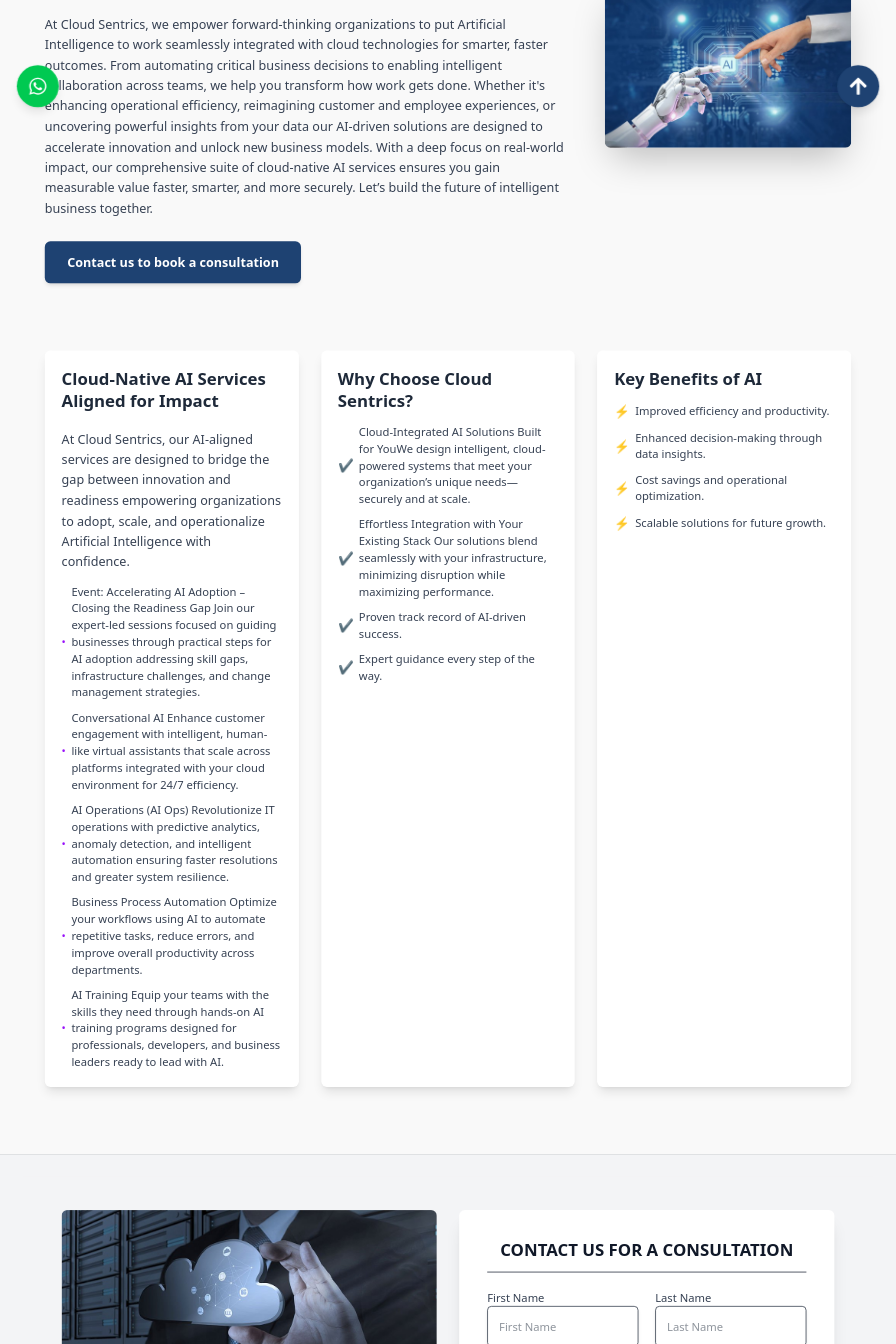
Repository: chykesure/cloudsentrics_
Page: /ai
The author's editor kept a copy of each file at every save. The page is drawn from the files as they stood at one save, then again after a run of saves.
The browser window is 1280 px wide. The pictures show the part of the page from y = 534 to 2454 px (the page is 4520 px tall), at 70% of full size.
The page's requests for data from a server got no answer. The project was rebuilt for these pictures with package versions that can differ from the ones it lists, and the page was loaded fresh each time. No one was signed in, and anything a server would have sent is missing. Also part of the build but not shown: vite.config.js, src/pages/Header.jsx, src/pages/Footer.jsx, src/pages/students/Reviews.jsx, src/pages/students/Testimony.jsx, src/pages/students/TestimonyLanding.jsx, src/pages/LandingPage.jsx, src/pages/students/Header.jsx and 41 more.

Above is the page before, as saved 2025-04-09 20:19:48.

### src/index.css
@import "tailwindcss";

@keyframes zoomInOut {
    0% {
        transform: scale(1);
    }
    100% {
        transform: scale(1.1);
    }
}

.zoom-animation {
    animation: zoomInOut 5s infinite alternate ease-in-out;

}

### src/App.jsx
import { BrowserRouter as Router, Routes, Route } from "react-router-dom";
import LandingPage from "./pages/LandingPage";
import StudentPage from "./pages/students/StudentPage";
import AboutUs from "./pages/students/AboutUs/AboutUs";
import "./App.css";
import AWS from "./pages/students/courses/AWS";
import DevSecOps from "./pages/students/courses/DevSecOps";
import AZURE from "./pages/students/courses/AZURE";
import Blogs from "./pages/students/blogs/Blogs";
import EventsPage from "./pages/students/events/EventsPage";
import FloatsButtons from "./pages/FloatsButtons";
import PartnerPage from "./pages/partners/home/PartnerPage";
import Ai from "./pages/partners/menu/ai";
import CloudSecurity from "./pages/partners/menu/cloudsecurity";
import IOT from "./pages/partners/menu/iot";
import Technology from "./pages/partners/menu/technology";
import Workplace from "./pages/partners/menu/workplace";
import InsightMenu from "./pages/partners/main_menu/insight";
import NewsPage from "./pages/partners/main_menu/news";
import CaseStudy from "./pages/partners/main_menu/casestudy";
import AboutCloud from "./pages/partners/main_menu/aboutus";
import Careers from "./pages/partners/main_menu/careers";
import ContactUs from "./pages/partners/main_menu/contact";

function App() {
  return (
    <Router>
      <div className="flex flex-col min-h-screen">
        {/* Floating Buttons will always be visible */}
        <FloatsButtons />

        <div className="flex-grow pt-20"> {/* Adjust padding-top based on header height */}
          <Routes>

            {/* Student Section */}
            <Route path="/" element={<LandingPage />} />
            <Route path="/StudentPage" element={<StudentPage />} />
            <Route path="/about" element={<AboutUs />} />
            <Route path="/courses/AWS" element={<AWS />} />
            <Route path="/courses/Azure" element={<AZURE />} />
            <Route path="/courses/DevSecOps" element={<DevSecOps />} />
            <Route path="/blog" element={<Blogs />} />
            <Route path="/events" element={<EventsPage />} />

            {/* The Partner Section */}
            <Route path="/PartnerPage" element={<PartnerPage />} />
            <Route path="/ai" element={<Ai />} />
            <Route path="/cloud-security" element={<CloudSecurity />} />
            <Route path="/iot" element={<IOT />} />
            <Route path="/technology" element={<Technology />} />
            <Route path="/modern-workplace" element={<Workplace />} />
            <Route path="/insights" element={<InsightMenu />} />
            <Route path="/news" element={<NewsPage />} />
            <Route path="/case-studies" element={<CaseStudy />} />
            <Route path="/about-cloudsentrics" element={<AboutCloud />} />
            <Route path="/careers" element={<Careers />} />
            <Route path="/contact" element={<ContactUs />} />
          </Routes>
        </div>
      </div>
    </Router>
  );
}

export default App;

### src/pages/FloatsButtons.jsx
import { FaWhatsapp, FaArrowUp } from "react-icons/fa";
import { motion } from "framer-motion";

const FloatsButtons = () => {
    const scrollToTop = () => {
        window.scrollTo({ top: 0, behavior: "smooth" });
    };

    return (
        <>
            {/* Floating WhatsApp Button (Left) */}
            <motion.a
                href="https://wa.me/message/62QVNSESZ56FC1"
                target="_blank"
                rel="noopener noreferrer"
                className="fixed bottom-6 left-6 bg-green-500 text-white p-4 rounded-full shadow-lg flex items-center justify-center z-50"
                title="Chat with us on WhatsApp"
                animate={{ y: [0, -10, 0] }}
                transition={{ duration: 1.5, repeat: Infinity, repeatType: "reverse", ease: "easeInOut" }}
                whileHover={{ scale: 1.2 }}
            >
                <FaWhatsapp size={28} />
            </motion.a>

            {/* Floating Back to Top Button (Right) */}
            <motion.button
                onClick={scrollToTop}
                className="fixed bottom-6 right-6 bg-[#1e4272] text-white p-4 rounded-full shadow-lg flex items-center justify-center z-50"
                title="Back to Top"
                animate={{ y: [0, -10, 0] }}
                transition={{ duration: 1.5, repeat: Infinity, repeatType: "reverse", ease: "easeInOut" }}
                whileHover={{ scale: 1.2 }}
            >
                <FaArrowUp size={28} />
            </motion.button>
        </>
    );
};

export default FloatsButtons;

### src/pages/partners/menu/ai.jsx
import React from "react";
import Header from "../Header";
import { motion } from "framer-motion";
import { Link } from "react-router-dom";
import FormsPage from "./forms";
import RelatedServices from "./services";
import Footer from "../home/Footer";

const logo = "/assets/logo.jpg";
const aibg = "/assets/ai.jpg";

const Ai = () => {
    return (
        <div className="min-h-screen bg-[#0d1b2a] text-white">
            {/* Header Section */}
            <div className="flex justify-center px-6 md:px-12 py-6 bg-white shadow-lg w-full h-28 md:h-32 lg:h-40">
                <div className="flex items-center justify-between w-full max-w-[1200px] mx-auto h-full">

                    {/* Left: Logo and Branding - Fully Left-Aligned */}
                    <div className="absolute left-0 flex items-center w-auto h-full">
                        <Link to="/PartnerPage">
                            <img
                                src={logo}
                                alt="Cloudsentrics Logo"
                                className="h-20 md:h-28 lg:h-34 w-auto ml-9 transition-all duration-300"
                            />
                        </Link>
                    </div>

                    {/* Right: Navigation Menu - Centered */}
                    <motion.div
                        className="hidden md:flex flex-grow justify-center items-center space-x-6 lg:space-x-10 text-lg md:text-xl font-bold text-[#1e1e1e] tracking-wide h-full"
                        initial={{ opacity: 0, y: -10 }}
                        animate={{ opacity: 1, y: 0 }}
                        transition={{ duration: 0.6, ease: "easeOut" }}
                    >
                        {[
                            { label: "AI", path: "/ai" },
                            { label: "CLOUD & SECURITY", path: "/cloud-security" },
                            { label: "IOT", path: "/iot" },
                            { label: "MODERN WORKPLACE", path: "/modern-workplace" },
                            { label: "TECHNOLOGY", path: "/technology" }
                        ].map((item, index) => (
                            <Link key={index} to={item.path}>
                                <motion.span
                                    className="cursor-pointer transition-all duration-300 hover:text-blue-600 hover:scale-105 whitespace-nowrap"
                                    whileHover={{ scale: 1.1 }}
                                >
                                    {item.label}
                                </motion.span>
                            </Link>
                        ))}
                    </motion.div>

                </div>
            </div>



            <Header />

            {/* AI Section */}
            <section className="bg-[#f9f9f9] px-6 md:px-16 py-16 lg:py-24 grid grid-cols-1 lg:grid-cols-3 gap-12">
                {/* Left Text Content */}
                <div className="lg:col-span-2 animate__animated animate__fadeIn flex-shrink-0 space-y-6">
                    {/* Heading Section */}
                    <div className="text-center lg:text-left">
                        <h3 className="text-lg font-medium text-gray-500 uppercase tracking-wide">Artificial Intelligence</h3>
                        <h1 className="text-4xl md:text-5xl lg:text-6xl font-bold leading-tight mt-4 text-gray-800">
                            Harnessing the Power <br />  of Cloud-Integrated AI
                        </h1>
                    </div>

                    {/* Paragraph Content */}
                    <p className="text-lg text-gray-700 mt-6 leading-relaxed">
                        At Cloud Sentrics, we empower forward-thinking organizations to put Artificial Intelligence to work seamlessly integrated with cloud technologies for smarter, faster outcomes.

                        From automating critical business decisions to enabling intelligent collaboration across teams, we help you transform how work gets done. Whether it's enhancing operational efficiency, reimagining customer and employee experiences, or uncovering powerful insights from your data our AI-driven solutions are designed to accelerate innovation and unlock new business models.

                        With a deep focus on real-world impact, our comprehensive suite of cloud-native AI services ensures you gain measurable value faster, smarter, and more securely.

                        Let’s build the future of intelligent business together.
                    </p>

                    {/* Call to Action Button */}
                    <div className="flex justify-center lg:justify-start mt-8">
                        <a
                            href="#"
                            className="bg-[#1e4272] text-white text-center py-4 px-8 rounded-lg font-semibold text-lg shadow-md hover:bg-purple-800 hover:scale-105 transition duration-300 ease-in-out transform hover:translate-y-1 w-full md:w-auto"
                        >
                            Contact us to book a consultation
                        </a>
                    </div>
                </div>


                {/* Right AI Image */}
                <div className="lg:col-span-1 flex justify-center items-center flex-shrink-0">
                    <motion.img
                        src={aibg}
                        alt="AI Representation"
                        className="w-full max-w-lg rounded-lg shadow-2xl"
                        animate={{ y: [0, -10, 0] }}
                        transition={{ duration: 1.5, repeat: Infinity, ease: "easeInOut" }}
                    />
                </div>

                {/* Bottom Section */}
                <div className="lg:col-span-3 flex flex-col gap-6 w-full">

                    {/* Grid Content */}
                    <div className="grid grid-cols-1 md:grid-cols-2 lg:grid-cols-3 gap-8 mt-12 w-full">
                        {/* Aligned Services */}
                        <div className="bg-white p-6 rounded-lg shadow-lg border-gray-200 hover:scale-105 hover:shadow-xl flex-shrink-0 w-full">
                            <h4 className="text-2xl font-semibold text-gray-800">Cloud-Native AI Services Aligned for Impact</h4>
                            <p className="text-lg text-gray-700 mt-6 leading-relaxed">
                                At Cloud Sentrics, our AI-aligned services are designed to bridge the gap between innovation and readiness empowering organizations to adopt, scale, and operationalize Artificial Intelligence with confidence.
                            </p>
                            <ul className="mt-4 space-y-3 text-gray-700">
                                {[
                                    "Event: Accelerating AI Adoption – Closing the Readiness Gap Join our expert-led sessions focused on guiding businesses through practical steps for AI adoption addressing skill gaps, infrastructure challenges, and change management strategies.",
                                    "Conversational AI Enhance customer engagement with intelligent, human-like virtual assistants that scale across platforms integrated with your cloud environment for 24/7 efficiency.",
                                    "AI Operations (AI Ops) Revolutionize IT operations with predictive analytics, anomaly detection, and intelligent automation ensuring faster resolutions and greater system resilience.",
                                    "Business Process Automation Optimize your workflows using AI to automate repetitive tasks, reduce errors, and improve overall productivity across departments.",
                                    "AI Training Equip your teams with the skills they need through hands-on AI training programs designed for professionals, developers, and business leaders ready to lead with AI."
                                ].map((service, index) => (
                                    <li key={index} className="flex items-center space-x-2">
                                        <span className="text-purple-600">•</span>
                                        <span>{service}</span>
                                    </li>
                                ))}
                            </ul>
                        </div>

                        {/* Why Choose Us? */}
                        <div className="bg-white p-6 rounded-lg shadow-lg border-gray-200 hover:scale-105 hover:shadow-xl flex-shrink-0 w-full">
                            <h4 className="text-2xl font-semibold text-gray-800">Why Choose Cloud Sentrics?</h4>
                            <ul className="mt-4 space-y-3 text-gray-700">
                                {[
                                    "Cloud-Integrated AI Solutions Built for YouWe design intelligent, cloud-powered systems that meet your organization’s unique needs—securely and at scale.",
                                    "Effortless Integration with Your Existing Stack Our solutions blend seamlessly with your infrastructure, minimizing disruption while maximizing performance.",
                                    "Proven track record of AI-driven success.",
                                    "Expert guidance every step of the way."
                                ].map((reason, index) => (
                                    <li key={index} className="flex items-center space-x-2">
                                        <span className="text-green-600 text-lg">✔</span>
                                        <span>{reason}</span>
                                    </li>
                                ))}
                            </ul>
                        </div>

                        {/* Key Benefits of AI */}
                        <div className="bg-white p-6 rounded-lg shadow-lg border-gray-200 hover:scale-105 hover:shadow-xl flex-shrink-0 w-full">
                            <h4 className="text-2xl font-semibold text-gray-800">Key Benefits of AI</h4>
                            <ul className="mt-4 space-y-3 text-gray-700">
                                {[
                                    "Improved efficiency and productivity.",
                                    "Enhanced decision-making through data insights.",
                                    "Cost savings and operational optimization.",
                                    "Scalable solutions for future growth."
                                ].map((benefit, index) => (
                                    <li key={index} className="flex items-center space-x-2">
                                        <span className="text-blue-600 text-lg">⚡</span>
                                        <span>{benefit}</span>
                                    </li>
                                ))}
                            </ul>
                        </div>
                    </div>
                </div>
            </section>

            <section className="px-4 sm:px-6 md:px-6 lg:px-8 py-8 bg-gray-100">
                <FormsPage />
            </section>

            <section className="px-4 sm:px-6 md:px-6 lg:px-8 py-8 bg-gray-100">
                <RelatedServices />
            </section>

            {/* Footer Section */}
            <section className="px-0 sm:px-0 md:px-0 lg:px-0 py-8 bg-gray-100 w-full">
                <Footer />
            </section>

        </div>
    );
};

export default Ai;

### src/pages/partners/home/Footer.jsx
import React from 'react';
import { FaLinkedin, FaXTwitter, FaInstagram } from 'react-icons/fa6';
import { Link } from 'react-router-dom';

function Footer() {
    return (
        <footer className="bg-white text-black py-6 border-t border-gray-300 text-sm w-full">
            <div className="w-full px-6 lg:px-12">
                {/* Main Footer Section */}
                <div className="flex flex-col md:flex-row justify-between items-center text-center md:text-left">
                    <h3 className="font-bold text-lg text-blue-900">Powering Cloud-Integrated Digital Transformation</h3>

                    {/* Social Icons */}
                    <div className="flex space-x-4 mt-4 md:mt-0">
                        <a href="https://www.linkedin.com/posts/cloud-sentrics_cloud-sentrics-linkedin-activity-7291379079860117505-ve54?utm_source=share&utm_medium=member_android" target="_blank" rel="noopener noreferrer" className="text-gray-600 hover:text-black">
                            <FaLinkedin size={20} />
                        </a>
                        <a href="https://x.com/CloudSentrics" target="_blank" rel="noopener noreferrer" className="text-gray-600 hover:text-black">
                            <FaXTwitter size={20} />
                        </a>
                        <a href="https://www.instagram.com/cloudsentrics/" target="_blank" rel="noopener noreferrer" className="text-gray-600 hover:text-black">
                            <FaInstagram size={20} />
                        </a>
                    </div>
                </div>

                {/* Footer Links */}
                <div className="mt-4 text-center md:text-left">
                    <p>© {new Date().getFullYear()} All rights reserved |
                        <Link to="#" className="ml-2 hover:text-blue-600">Privacy Notice</Link> |
                        <Link to="#" className="ml-2 hover:text-blue-600">Terms & Conditions</Link> |
                        <Link to="#" className="ml-2 hover:text-blue-600">Website T&Cs</Link> |
                        <Link to="#" className="ml-2 hover:text-blue-600">Cookies Policy</Link> |
                        <Link to="#" className="ml-2 hover:text-blue-600">Anti-Slavery Policy</Link> |
                        <Link to="#" className="ml-2 hover:text-blue-600">Sitemap</Link> |
                        <Link to="#" className="ml-2 hover:text-blue-600">Learn more</Link>
                    </p>
                </div>
            </div>
        </footer>
    );
}

export default Footer;

### src/pages/partners/menu/services.jsx
import React from "react";
import { motion } from "framer-motion";

const ai_trainning = "/assets/ai_trainning.jpg";
const ai_conversation = "/assets/ai_conversation.jpg";
const ai_ops = "/assets/ai_ops.jpg";
const bpa = "/assets/bpa.jpg";

const RelatedServices = () => {
    const services = [
        {
            title: "Conversational AI",
            description:
                "Boost engagement and productivity with a next generation customer experience",
            image: ai_conversation,
        },
        {
            title: "AI Ops",
            description:
                "Ensure resilience and prevent and resolve incidents with AIOps",
            image: ai_ops,
        },
        {
            title: "Business Process Automation",
            description:
                "Accelerate how work gets done and amplify digital efficiencies",
            image: bpa,
        },
        {
            title: "AI Training",
            description:
                "Discover the true business value of artificial intelligence",
            image: ai_trainning,
        },
    ];

    return (
        <section className="py-12 bg-gray-100">
            <div className="container mx-auto px-6 text-center">
                <h2 className="text-3xl font-bold text-gray-900 mb-6">
                    Related Services
                </h2>
                <div className="w-16 h-1 bg-blue-600 mx-auto mb-8"></div>
                <div className="grid grid-cols-1 md:grid-cols-2 lg:grid-cols-4 gap-8">
                    {services.map((service, index) => (
                        <motion.div
                            key={index}
                            className="relative bg-white rounded-lg shadow-lg overflow-hidden min-h-[400px]"
                            whileHover={{ scale: 1.05, y: -5 }}
                            transition={{ type: "spring", stiffness: 200, damping: 10 }}
                        >
                            <img
                                src={service.image}
                                alt={service.title}
                                className="w-full h-64 md:h-80 object-cover"
                            />
                            <div className="p-6">
                                <h3 className="text-xl font-semibold text-gray-800 mb-2">
                                    {service.title}
                                </h3>
                                <p className="text-gray-600">{service.description}</p>
                            </div>
                        </motion.div>
                    ))}
                </div>
            </div>
        </section>
    );
};

export default RelatedServices;

Loaded but not shown: index.html (common file); src/main.jsx (common file); src/pages/students/AboutUs/AboutUs.jsx (399 lines, source omitted); src/pages/partners/menu/forms.jsx (209 lines, source omitted); src/pages/partners/Header.jsx (114 lines, source omitted)

After the next 4 saves:
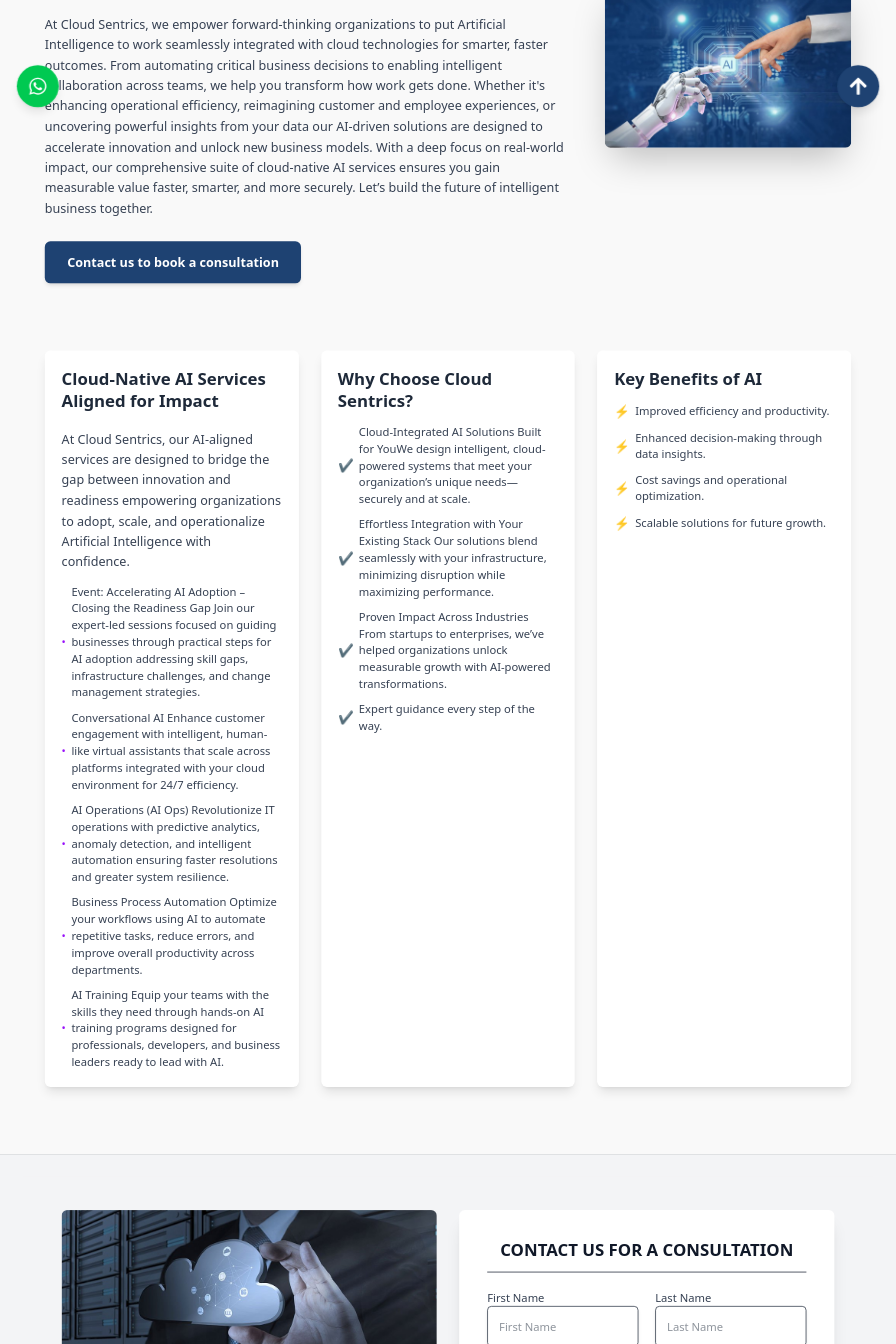
The 4 saves are shown as one change because they came seconds apart.
The last was saved 22 s later.
--- a/src/pages/partners/menu/ai.jsx
+++ b/src/pages/partners/menu/ai.jsx
@@ -139,7 +139,7 @@
                                 {[
                                     "Cloud-Integrated AI Solutions Built for YouWe design intelligent, cloud-powered systems that meet your organization’s unique needs—securely and at scale.",
                                     "Effortless Integration with Your Existing Stack Our solutions blend seamlessly with your infrastructure, minimizing disruption while maximizing performance.",
-                                    "Proven track record of AI-driven success.",
+                                    "Proven Impact Across Industries From startups to enterprises, we’ve helped organizations unlock measurable growth with AI-powered transformations.",
                                     "Expert guidance every step of the way."
                                 ].map((reason, index) => (
                                     <li key={index} className="flex items-center space-x-2">
